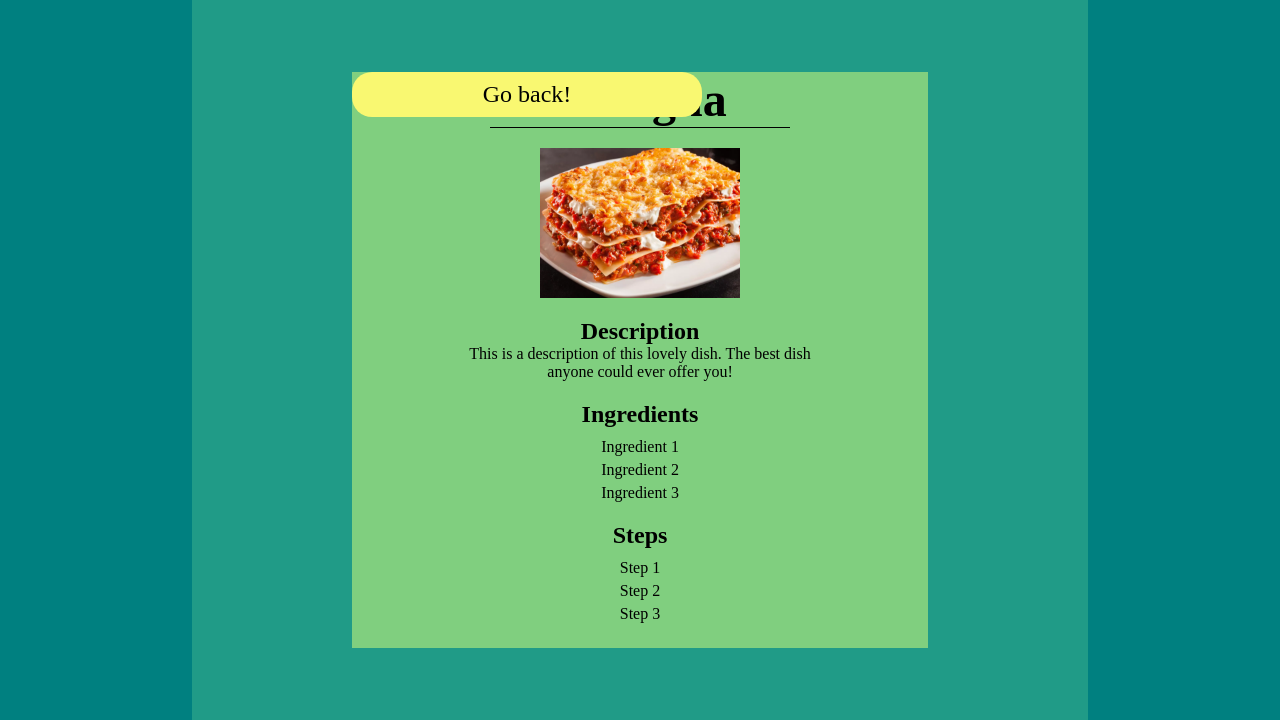
Repository: Pafestivo/odin-recipes
Page: recipes/lasagna.html
The author's editor kept a copy of each file at every save. The page is drawn from the files as they stood at one save, then again after the next save.
The browser window is 1280 px wide. The pictures show the whole page.

Above is the page before, as saved 2022-09-24 13:03:05.

### recipes/lasagna.html
<!DOCTYPE html>
<html lang="en">
<head>
    <meta charset="UTF-8">
    <meta name="viewport" content="width=device-width, initial-scale=1.0">
    <link rel="stylesheet" href="../css/recipe-styles.css">
    <title>Recipe-Lasagna</title>
</head>
<body>
    <div class="container">
        <div class="inner">
            <h1>Lasagna</h1>
            <img
            src="../images/lasagna.jpg"
            alt="An image of Lasagna"
            />
            <h2>Description</h2>
            <p>This is a description of this lovely dish. The best dish anyone could ever offer you!</p>

            <h2>Ingredients</h2>
            <ul>
            <li>Ingredient 1</li>
            <li>Ingredient 2</li>
            <li>Ingredient 3</li>
            </ul>

            <h2>Steps</h2>
            <ol>
            <li>Step 1</li>
            <li>Step 2</li>
            <li>Step 3</li>
            </ol>
            <a href="../index.html">Go back!</a>

        </div> <!-- /inner -->
    </div> <!-- /container -->

</body>
</html>

### css/recipe-styles.css
* {
  box-sizing: border-box;
  padding: 0;
  margin: 0;
}

body {
  font-family: serif;
  background-color: #008080;
  padding: 1;
}

.container {
  background-color: #209B87;
  display: flex;
  width: 70vw;
  height: 100vh;
  padding: 1px;
  margin: 0 auto;
}

.inner {
  position: relative;
  background-color: #80CF7F;
  width: 45vw;
  height: 80vh;
  margin: auto;
}

h1 {
  text-align: center;
  font-size: 3rem;
  margin: 0 auto 20px auto;
  border-bottom: 1px solid black;
  width: 300px;
}

img {
  display: block;
  margin: 0 auto;
  width: 200px;
  height: 150px;
}

h2 {
  text-align: center;
  font-size: 1.5rem;
  margin: 20px auto 0 auto;
}

p {
  text-align: center;
  width: 350px;
  margin: 0 auto;
}

ul,
ol {
  list-style: none;
  text-align: center;
  margin: 10px;
}

li {
  margin-bottom: 5px;
}

a {
  position: absolute;
  top: 0;
  left: 0;
  display: flex;
  justify-content: center;
  align-items: center;
  width: 350px;
  font-size: 1.5em;
  height: 45px;
  border-radius: 20px;
  text-decoration: none;
  color: inherit;
  background-color: #F9F871;
  transition: all 0.1s ease-in;
}

After the next save:
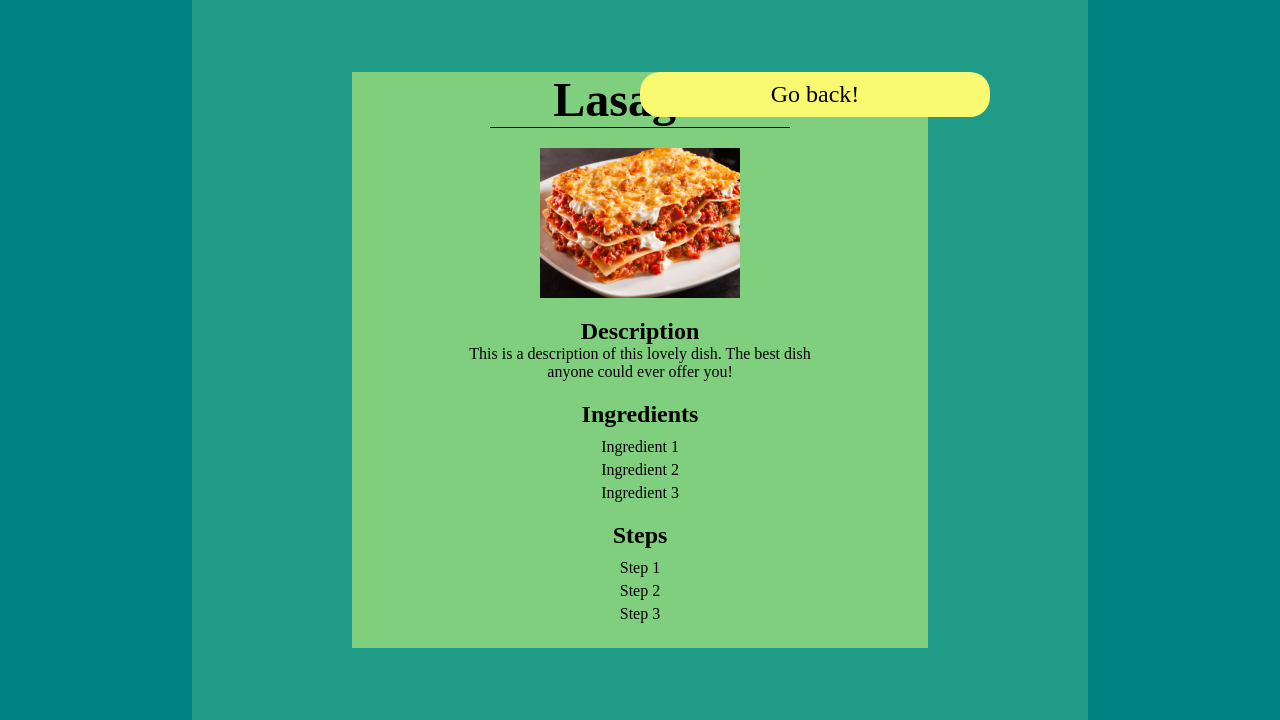
Saved 5 s later.
--- a/css/recipe-styles.css
+++ b/css/recipe-styles.css
@@ -68,7 +68,7 @@ li {
 a {
   position: absolute;
   top: 0;
-  left: 0;
+  left: 50%;
   display: flex;
   justify-content: center;
   align-items: center;
